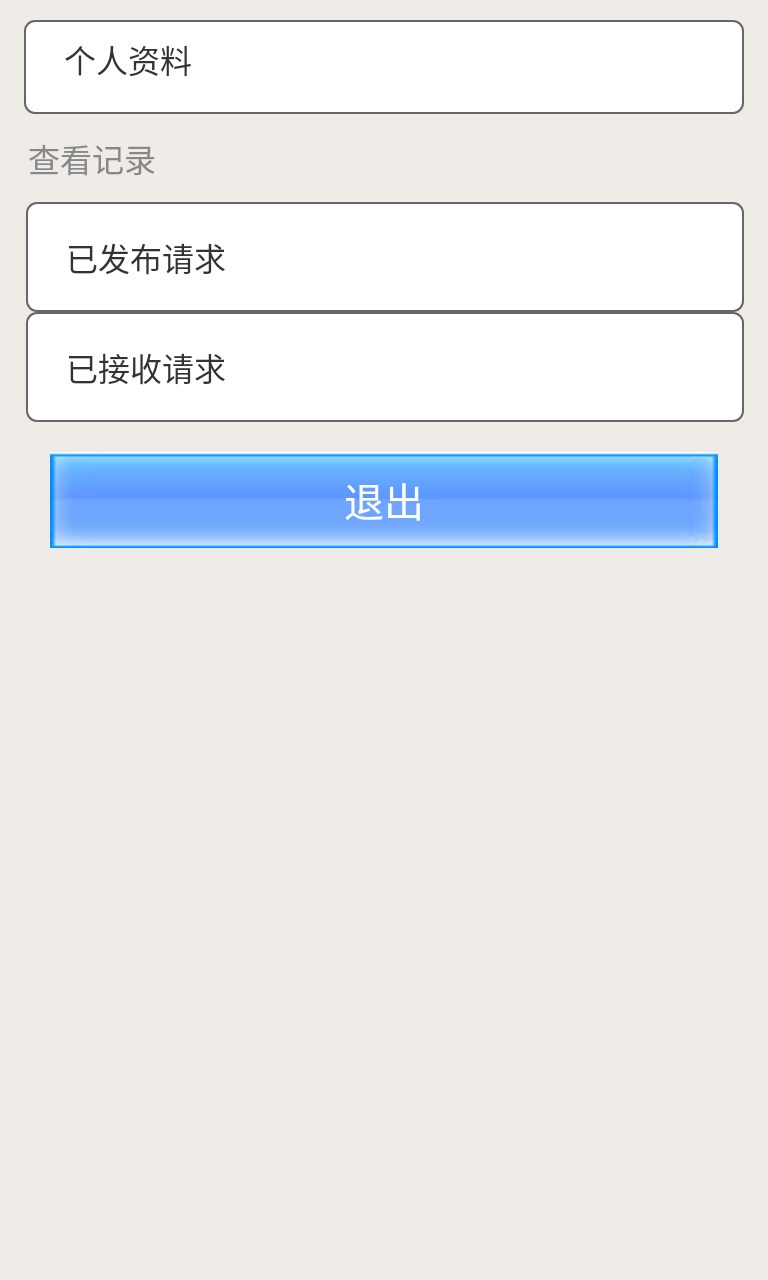
Repository: fariashen/campus-express
Layout: easyCourier/res/layout/fragment_personalcenter.xml
An editor plug-in stored every save of this project. The layout is shown before and after the next save, followed by the edit.
It is drawn on a 768 x 1280 px phone screen (xhdpi) without system bars, with theme AppTheme; the app's code is not run.

Above is the layout before, as saved 2016-04-25 07:44:31.

### easyCourier/res/layout/fragment_personalcenter.xml
<?xml version="1.0" encoding="UTF-8"?>
<RelativeLayout xmlns:android="http://schemas.android.com/apk/res/android"
    android:id="@+id/empty_cart_view"
    android:layout_width="fill_parent"
    android:layout_gravity="center_vertical"
    android:layout_height="fill_parent"
    android:background="#ffefebe7" >


        <LinearLayout
            android:layout_width="fill_parent"
            android:layout_height="wrap_content"
            android:gravity="center_vertical"
            android:orientation="vertical"
            android:paddingBottom="60.0dip"
            android:paddingLeft="10.0dip"
            android:paddingRight="10.0dip"
            android:paddingTop="10.0dip" >

            <LinearLayout
                android:layout_width="fill_parent"
                android:layout_height="wrap_content" >

                <TableLayout
                    android:id="@+id/MorePageTableLayout_Favorite"
                    android:layout_width="fill_parent"
                    android:layout_height="wrap_content"
                    android:shrinkColumns="0"
                    android:stretchColumns="0" >

                    <TableRow
                        android:id="@+id/more_page_row0"
                        android:layout_width="fill_parent"
                        android:layout_marginLeft="2.0dip"
                        android:layout_marginRight="2.0dip"
                        android:background="@drawable/fillet_shape"
                        android:paddingBottom="16.0dip"
                        android:paddingTop="8.0dip" >

                        <TextView
                            android:id="@+id/tv_PersonalCenter_1"
                            android:layout_width="wrap_content"
                            android:layout_height="fill_parent"
                            android:clickable="true"
                            android:drawablePadding="10.0dip"
                            android:gravity="center_vertical"
                            android:includeFontPadding="false"
                            android:paddingLeft="17.0dip"
                            android:text="个人资料"
                            android:textColor="#ff333333"
                            android:textSize="16.0sp" />
                    </TableRow>
                </TableLayout>
            </LinearLayout>
<!--
            <TextView
                android:layout_width="fill_parent"
                android:layout_height="wrap_content"
                android:layout_marginBottom="10.0dip"
                android:layout_marginTop="10.0dip"
                android:gravity="center_vertical"
                android:paddingLeft="4.0dip"
                android:text="修改帐号信息"
                android:textColor="#ff888888"
                android:textSize="16.0sp" />

            <LinearLayout
                android:layout_width="fill_parent"
                android:layout_height="wrap_content" >

                <TableLayout
                    android:id="@+id/MorePageTableLayout_Follow"
                    android:layout_width="fill_parent"
                    android:layout_height="wrap_content"
                    android:paddingLeft="1.0dip"
                    android:shrinkColumns="0"
                    android:stretchColumns="0" >

                    <TableRow
                        android:id="@+id/more_page_row1"
                        android:layout_width="fill_parent"
                        android:layout_marginLeft="2.0dip"
                        android:layout_marginRight="2.0dip"
                        android:background="@drawable/fillet_shape"
                        android:paddingBottom="16.0dip"
                        android:paddingTop="16.0dip" >
                        <TextView
                            android:id="@+id/tv_PersonalCenter_2"
                            android:layout_width="wrap_content"
                            android:layout_height="fill_parent"
                            android:clickable="true"
                            android:drawablePadding="10.0dip"
                            android:gravity="center_vertical"
                            android:includeFontPadding="false"
                            android:paddingLeft="17.0dip"
                            android:text="用户名修改"
                            android:textColor="#ff333333"
                            android:textSize="16.0sp" />
                    </TableRow>

                    <TableRow
                        android:id="@+id/more_page_row2"
                        android:layout_width="fill_parent"
                        android:layout_marginLeft="2.0dip"
                        android:layout_marginRight="2.0dip"
                        android:background="@drawable/fillet_shape"
                        android:paddingBottom="16.0dip"
                        android:paddingTop="16.0dip" >

                        <TextView
                            android:id="@+id/tv_PersonalCenter_3"
                            android:layout_width="wrap_content"
                            android:layout_height="fill_parent"
                            android:clickable="true"
                            android:drawablePadding="10.0dip"
                            android:gravity="center_vertical"
                            android:includeFontPadding="false"
                            android:paddingLeft="17.0dip"
                            android:text="密码修改"
                            android:textColor="#ff333333"
                            android:textSize="16.0sp" />
                    </TableRow>
                </TableLayout>
            </LinearLayout>
 -->
            <TextView
                android:layout_width="fill_parent"
                android:layout_height="wrap_content"
                android:layout_marginBottom="10.0dip"
                android:layout_marginTop="10.0dip"
                android:gravity="center_vertical"
                android:paddingLeft="4.0dip"
                android:text="查看记录"
                android:textColor="#ff888888"
                android:textSize="16.0sp" />

            <LinearLayout
                android:layout_width="fill_parent"
                android:layout_height="wrap_content" >

                <TableLayout
                    android:id="@+id/MorePageTableLayout_Client"
                    android:layout_width="fill_parent"
                    android:layout_height="wrap_content"
                    android:paddingLeft="1.0dip"
                    android:shrinkColumns="0"
                    android:stretchColumns="0" >

                    <TableRow
                        android:id="@+id/more_page_row4"
                        android:layout_width="fill_parent"
                        android:layout_marginLeft="2.0dip"
                        android:layout_marginRight="2.0dip"
                        android:background="@drawable/fillet_shape"
                        android:paddingBottom="16.0dip"
                        android:paddingTop="16.0dip" >

                        <TextView
                            android:id="@+id/tv_PersonalCenter_4"
                            android:layout_width="wrap_content"
                            android:layout_height="fill_parent"
                            android:clickable="true"
                            android:drawablePadding="10.0dip"
                            android:gravity="center_vertical"
                            android:includeFontPadding="false"
                            android:paddingLeft="17.0dip"
                            android:text="已发布请求"
                            android:textColor="#ff333333"
                            android:textSize="16.0sp" />
                    </TableRow>

                    <TableRow
                        android:id="@+id/more_page_row5"
                        android:layout_width="fill_parent"
                        android:layout_marginLeft="2.0dip"
                        android:layout_marginRight="2.0dip"
                        android:background="@drawable/fillet_shape"
                        android:paddingBottom="16.0dip"
                        android:paddingTop="16.0dip" >

                        <TextView
                            android:id="@+id/tv_PersonalCenter_5"
                            android:layout_width="wrap_content"
                            android:layout_height="fill_parent"
                            android:clickable="true"
                            android:drawablePadding="10.0dip"
                            android:gravity="center_vertical"
                            android:includeFontPadding="false"
                            android:paddingLeft="17.0dip"
                            android:text="已接收请求"
                            android:textColor="#ff333333"
                            android:textSize="16.0sp" />
                    </TableRow>
                </TableLayout>
            </LinearLayout>
      <Button
        android:id="@+id/bt_PersonalCenter_Exit"
        android:layout_marginTop="15dp"
        android:layout_width="fill_parent"
        android:layout_height="wrap_content"
        android:layout_alignParentBottom="true"
        android:layout_marginBottom="38dp"
        android:layout_marginLeft="15.0dip"
        android:layout_marginRight="15.0dip"
        android:background="@drawable/anniu"
        android:layout_gravity="bottom"
        android:gravity="center"
        android:text="退出"
        android:textColor="#ffffff"
        android:textSize="20sp" />
    </LinearLayout>

</RelativeLayout>

### easyCourier/res/values/styles.xml
<resources xmlns:android="http://schemas.android.com/apk/res/android">

    <!--
        Base application theme, dependent on API level. This theme is replaced
        by AppBaseTheme from res/values-vXX/styles.xml on newer devices.
    -->
    <style name="AppBaseTheme" parent="android:Theme.Light">
        <!--
            Theme customizations available in newer API levels can go in
            res/values-vXX/styles.xml, while customizations related to
            backward-compatibility can go here.
        -->
    </style>

    <!-- Application theme. -->
    <style name="AppTheme" parent="AppBaseTheme">
        <!-- All customizations that are NOT specific to a particular API-level can go here. -->
    </style>

    <!-- 最外层样式 -->
    <style name="wrap_layout">
        <item name="android:orientation">vertical</item>
        <item name="android:layout_height">wrap_content</item>
        <item name="android:layout_width">match_parent</item>
        <item name="android:layout_marginLeft">8dp</item>
        <item name="android:layout_marginRight">8dp</item>
        <item name="android:layout_marginTop">8dp</item>
		<item name="android:padding">1px</item>
        <item name="android:background">@drawable/bg_layout_shape</item>

    </style>

    <!-- 共用层样式 -->
    <style name="base_layout">
        <item name="android:orientation">horizontal</item>
		 <item name="android:layout_width">match_parent</item>
		 <item name="android:layout_height">wrap_content</item>
		 <item name="android:paddingTop">16dp</item>
		 <item name="android:paddingBottom">16dp</item>
		 <item name="android:paddingLeft">12dp</item>
		 <item name="android:paddingRight">12dp</item>
        <item name="android:gravity">center_vertical</item>
         <item name="android:focusable">true</item>
        <item name="android:clickable">true</item>
    </style>


    <!-- 上圆角样式 -->
    <style name="top_layout" parent="base_layout">
        <item name="android:background">@drawable/top_layout_selector</item>
    </style>


    <!--无圆角样式  -->
    <style name="mid_layout" parent="base_layout">
         <item name="android:background">@drawable/mid_layout_selector</item>
    </style>

        <!-- 下圆角样式 -->
    <style name="bottom_layout"  parent="base_layout">
          <item name="android:background">@drawable/bottom_layout_selector</item>
    </style>

    <!-- 全圆角样式 -->
    <style name="single_layout" parent="base_layout">
        <item name="android:background">@drawable/single_layout_selector</item>
    </style>



    <!-- textview样式 -->
    <style name="usertext">
        <item name="android:textSize">16dp</item>
        <item name="android:textColor">@color/text_clo</item>
        <item name="android:layout_width">wrap_content</item>
        <item name="android:layout_height">wrap_content</item>
        <item name="android:layout_weight">1</item>
    </style>


    <!-- 文本右边箭头样式 -->
    <style name="img_arrow">
        <item name="android:layout_width">wrap_content</item>
        <item name="android:layout_height">wrap_content</item>
        <item name="android:src">@drawable/setting_arrow</item>

    </style>


   <!-- view分割线样式 -->
    <style name="bg_line">
        <item name="android:layout_width">match_parent</item>
        <item name="android:layout_height">1px</item>
        <item name="android:background">@color/border_clo</item>
    </style>

    <style name="common_vertical_division_line_style">
    <item name="android:layout_width">0.5dp</item>
    <item name="android:layout_height">match_parent</item>
    <item name="android:background">#dddddd</item>
    </style>



    <!--  这个是加入退出时界面的代码 -->
    <style name="mypopwindow_anim_style">
        <item name="android:windowEnterAnimation">@anim/popshow_anim</item>
 <!-- 指定显示的动画xml -->

        <item name="android:windowExitAnimation">@anim/pophidden_anim</item>
 <!-- 指定消失的动画xml -->
    </style>
</resources>

### easyCourier/res/drawable/fillet_shape.xml
<?xml version="1.0" encoding="utf-8"?>
<shape xmlns:android="http://schemas.android.com/apk/res/android" >

<solid
      android:color="#ffffff"/>
<corners
      android:radius="10px"/>
<padding
      android:left="3dip"
      android:top="3dip"
      android:right="3dip"
      android:bottom="3dip"/>
<stroke
      android:color="#666666"
      android:width="1dp"/>

</shape>


<!-- <solid/>  <corners/>
<stroke/> <padding/> 等属性，
分别处理背景的填充颜色、边角的曲率、边框
线的宽度和颜色、上下左右内边框 -->

Loaded but not shown: easyCourier/res/values-v11/styles.xml (common file); easyCourier/res/values-v14/styles.xml (common file)

After the next save:
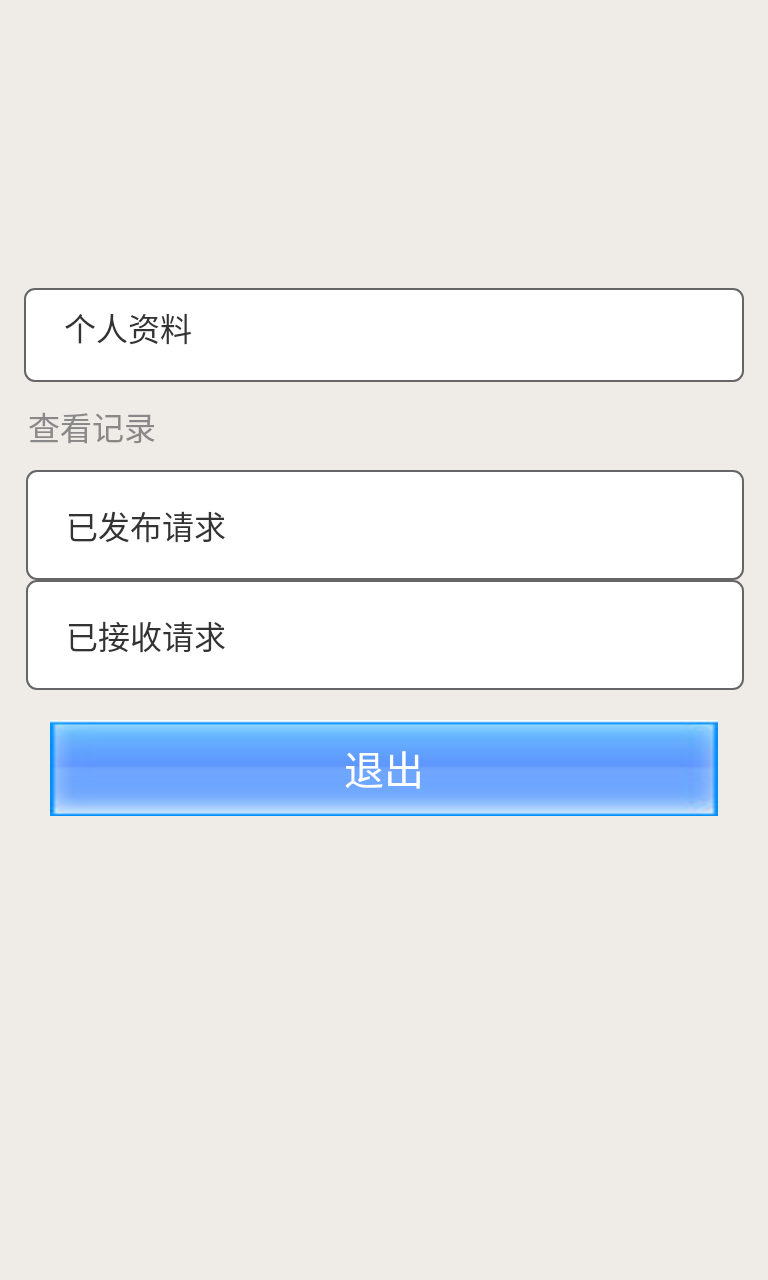
Saved 14 s later.
--- a/easyCourier/res/layout/fragment_personalcenter.xml
+++ b/easyCourier/res/layout/fragment_personalcenter.xml
@@ -2,7 +2,7 @@
 <RelativeLayout xmlns:android="http://schemas.android.com/apk/res/android"
     android:id="@+id/empty_cart_view"
     android:layout_width="fill_parent"
-    android:layout_gravity="center_vertical"
+android:gravity="center"
     android:layout_height="fill_parent"
     android:background="#ffefebe7" >
 
